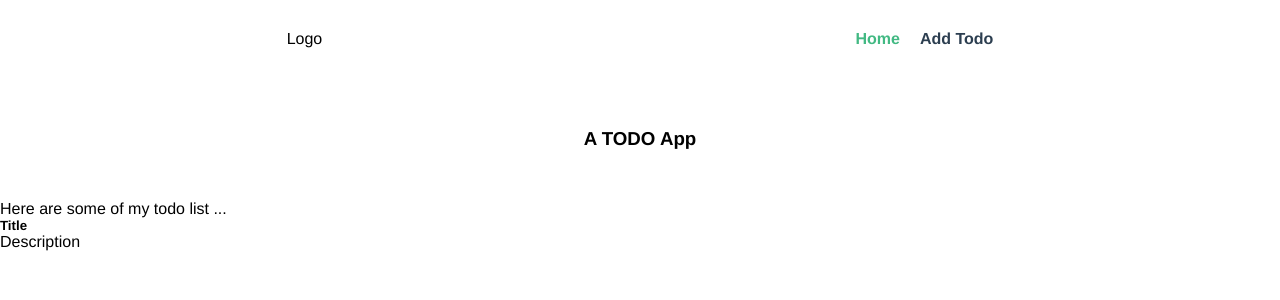
Repository: adisamicheal/academy-vuex-todo
Page: /
The author's editor kept a copy of each file at every save. The page is drawn from the files as they stood at one save, then again after the next save.
The browser window is 1280 px wide. The pictures show the whole page.
The project was rebuilt for these pictures with package versions that can differ from the ones it lists, and the page was loaded fresh each time.

Above is the page before, as saved 2021-11-01 11:08:06.

After the next save:
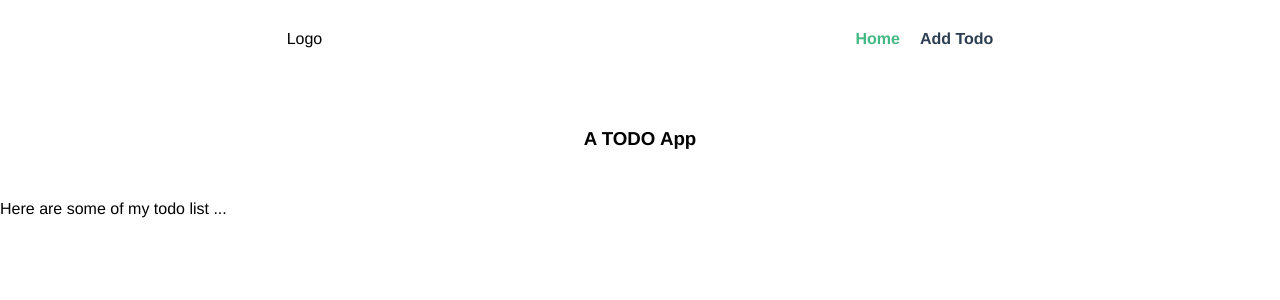
Saved 74 s later.
--- a/src/views/Home.vue
+++ b/src/views/Home.vue
@@ -5,7 +5,7 @@
       <p>Here are some of my todo list ...</p>
     </div>
     <div class="todo">
-      <div class="todo-card">
+      <div class="todo-card" v-for="todo in getTodoItems" :key="todo.id">
         <h5 class="card-title">Title</h5>
         <p class="card-description">Description</p>
       </div>
